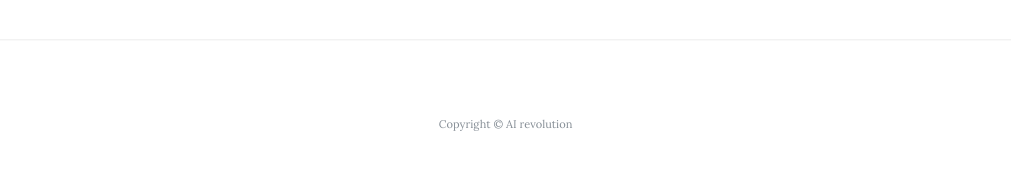
Repository: wahibkhannn/WriteWise-AI_blogging
Page: http://localhost/about
These files come from the project's save history. The page is drawn as it stood at one moment and after a run of saves; the edit follows.
The browser window is 1280 px wide. The pictures show the part of the page from y = 524 to 2008 px (the page is 757 px tall before and 2008 px after), at 79% of full size.
Some web fonts or font styles are not loaded; a fallback is used. The page is served by the project's application, run on Flask 3 (app.py).

Above is the page before, as saved 2025-07-01 14:26:40.

### templates/about.html
<!DOCTYPE html>
<html lang="en">

<head>

  <meta charset="utf-8">
  <meta name="viewport" content="width=device-width, initial-scale=1, shrink-to-fit=no">
  <meta name="description" content="">
  <meta name="author" content="">

  <title>Blog Speaks</title>

  <link href="{{ url_for('static', filename='bootstrap.min.css') }}" rel="stylesheet">
  <link href="{{ url_for('static', filename='font-awesome.min.css') }}" rel="stylesheet" type="text/css">
  <link href='https://fonts.googleapis.com/css?family=Lora:400,700,400italic,700italic' rel='stylesheet'
    type='text/css'>
  <link
    href='https://fonts.googleapis.com/css?family=Open+Sans:300italic,400italic,600italic,700italic,800italic,400,300,600,700,800'
    rel='stylesheet' type='text/css'>
  <link href="{{ url_for('static', filename='blog.min.css') }}" rel="stylesheet">

</head>

<body>

  <!-- Navigation -->
  <nav class="navbar navbar-expand-lg navbar-light fixed-top" id="mainNav">
    <div class="container">
      <a class="navbar-brand" href="{{ url_for('index') }}">Blog Speaks</a>
      <button class="navbar-toggler navbar-toggler-right" type="button" data-toggle="collapse"
        data-target="#navbarResponsive" aria-controls="navbarResponsive" aria-expanded="false"
        aria-label="Toggle navigation">
        Menu
        <i class="fa fa-bars"></i>
      </button>
      <div class="collapse navbar-collapse" id="navbarResponsive">
        <ul class="navbar-nav ml-auto">
          <li class="nav-item">
            <a class="nav-link" href="{{ url_for('index') }}">Home</a>
          </li>
          <li class="nav-item">
            <a class="nav-link" href="{{ url_for('about') }}">About Me</a>
          </li>
          <li class="nav-item">
            <a class="nav-link" href="{{ url_for('add') }}">Add</a>
          </li>
          <li class="nav-item">
            <a class="nav-link" href="{{ url_for('delete') }}">Delete</a>
          </li>
        </ul>
      </div>
    </div>
  </nav>

  <!-- Page Header -->
  <header class="masthead" style="background-image: url('{{ url_for('static', filename='about_me.jpg') }}')">
    <div class="container">
      <div class="row">
        <div class="col-lg-8 col-md-10 mx-auto">
          <div class="page-heading">
            <h1>AI revolution</h1>
            <span class="subheading">Revolutionizing WriteWise AI: The Future of Content Creation</span>
          </div>
        </div>
      </div>
    </div>
  </header>








  <!-- Main Content -->
  <!-- <div class="container">
    <div class="row">
      <div class="col-lg-8 col-md-10 mx-auto">
        <h2>Revolutionizing WriteWise AI: The Future of Content Creation</h2>
        <p>Welcome to WriteWise AI, where the future of blogging meets the power of Artificial Intelligence.</p>
        <br>
        <p>In a world overflowing with information, standing out as a creator has never been more challenging — or more exciting. Our platform was born from a simple idea: empower writers, thinkers, and storytellers to craft
        meaningful content with the support of cutting-edge AI.</p>
        <h2>🚀 The Rise of AI in Content Creation</h2>
        <p>Artificial Intelligence is transforming the way we create and consume content. From generating smart headlines to assisting in drafting, editing, and optimizing posts — AI is not replacing human creativity, it's enhancing it. We believe in leveraging AI as a co-creator, helping bloggers focus on storytelling while the technology takes care of structure, speed, and smart suggestions.Whether you're an experienced writer, a passionate learner, or just starting your blogging journey, our platform helps you create high-quality, impactful content — faster, easier, and smarter.</p>

      </div>
    </div>
  </div> -->

  <hr>

  <!-- Footer -->
  <footer>
    <div class="container">
      <div class="row">
        <div class="col-lg-8 col-md-10 mx-auto">
          <p class="copyright text-muted">Copyright &copy; AI revolution</p>
        </div>
      </div>
    </div>
  </footer>

  <script src="{{ url_for('static', filename='jquery.min.js') }}"></script>
  <script src="{{ url_for('static', filename='popper.min.js') }}"></script>
  <script src="{{ url_for('static', filename='bootstrap.min.js') }}"></script>
  <script src="{{ url_for('static', filename='blog.min.js') }}"></script>

</body>

</html>

### app.py
from flask import Flask, render_template, request, redirect, url_for
from flask_sqlalchemy import SQLAlchemy
from datetime import datetime

app = Flask(__name__)

app.config['SQLALCHEMY_DATABASE_URI'] = 'sqlite:///F:/STUDY/Projects/18BLC1131_DA1/blog_speaks/blog.db'

db = SQLAlchemy(app)

class Blogpost(db.Model):
    id = db.Column(db.Integer, primary_key=True)
    title = db.Column(db.String(50))
    subtitle = db.Column(db.String(50))
    author = db.Column(db.String(20))
    date_posted = db.Column(db.DateTime)
    content = db.Column(db.Text)

@app.route('/')
def index():
    posts = Blogpost.query.order_by(Blogpost.date_posted.desc()).all()
    return render_template('index.html', posts=posts)

@app.route('/about')
def about():
    return render_template('about.html')

@app.route('/post/<int:post_id>')
def post(post_id):
    post = Blogpost.query.filter_by(id=post_id).one()
    return render_template('post.html', post=post)

@app.route('/add')
def add():
    return render_template('add.html')

@app.route('/delete')
def delete():
    posts = Blogpost.query.order_by(Blogpost.date_posted.desc()).all()
    return render_template('delete.html', posts=posts)

@app.route('/addpost', methods=['POST'])
def addpost():
    title = request.form['title']
    subtitle = request.form['subtitle']
    author = request.form['author']
    content = request.form['content']

    post = Blogpost(title=title, subtitle=subtitle, author=author, content=content, date_posted=datetime.now())

    db.session.add(post)
    db.session.commit()

    return redirect(url_for('index'))

@app.route('/deletepost', methods=['DELETE','POST'])
def deletepost():
    post_id = request.form.get("post_id")

    post = Blogpost.query.filter_by(id=post_id).first()

    db.session.delete(post)
    db.session.commit()

    return redirect(url_for('index'))

if __name__ == '__main__':
    app.run(debug=True)

### static/blog.min.js
!function(i){"use strict";i("body").on("input propertychange",".floating-label-form-group",function(o){i(this).toggleClass("floating-label-form-group-with-value",!!i(o.target).val())}).on("focus",".floating-label-form-group",function(){i(this).addClass("floating-label-form-group-with-focus")}).on("blur",".floating-label-form-group",function(){i(this).removeClass("floating-label-form-group-with-focus")});if(i(window).width()>1170){var o=i("#mainNav").height();i(window).on("scroll",{previousTop:0},function(){var s=i(window).scrollTop();s<this.previousTop?s>0&&i("#mainNav").hasClass("is-fixed")?i("#mainNav").addClass("is-visible"):i("#mainNav").removeClass("is-visible is-fixed"):s>this.previousTop&&(i("#mainNav").removeClass("is-visible"),s>o&&!i("#mainNav").hasClass("is-fixed")&&i("#mainNav").addClass("is-fixed")),this.previousTop=s})}}(jQuery);

Loaded but not shown: static/bootstrap.min.css (library); static/font-awesome.min.css (library); static/blog.min.css (library); static/jquery.min.js (library); static/popper.min.js (library); static/bootstrap.min.js (library)

After the next 2 saves:
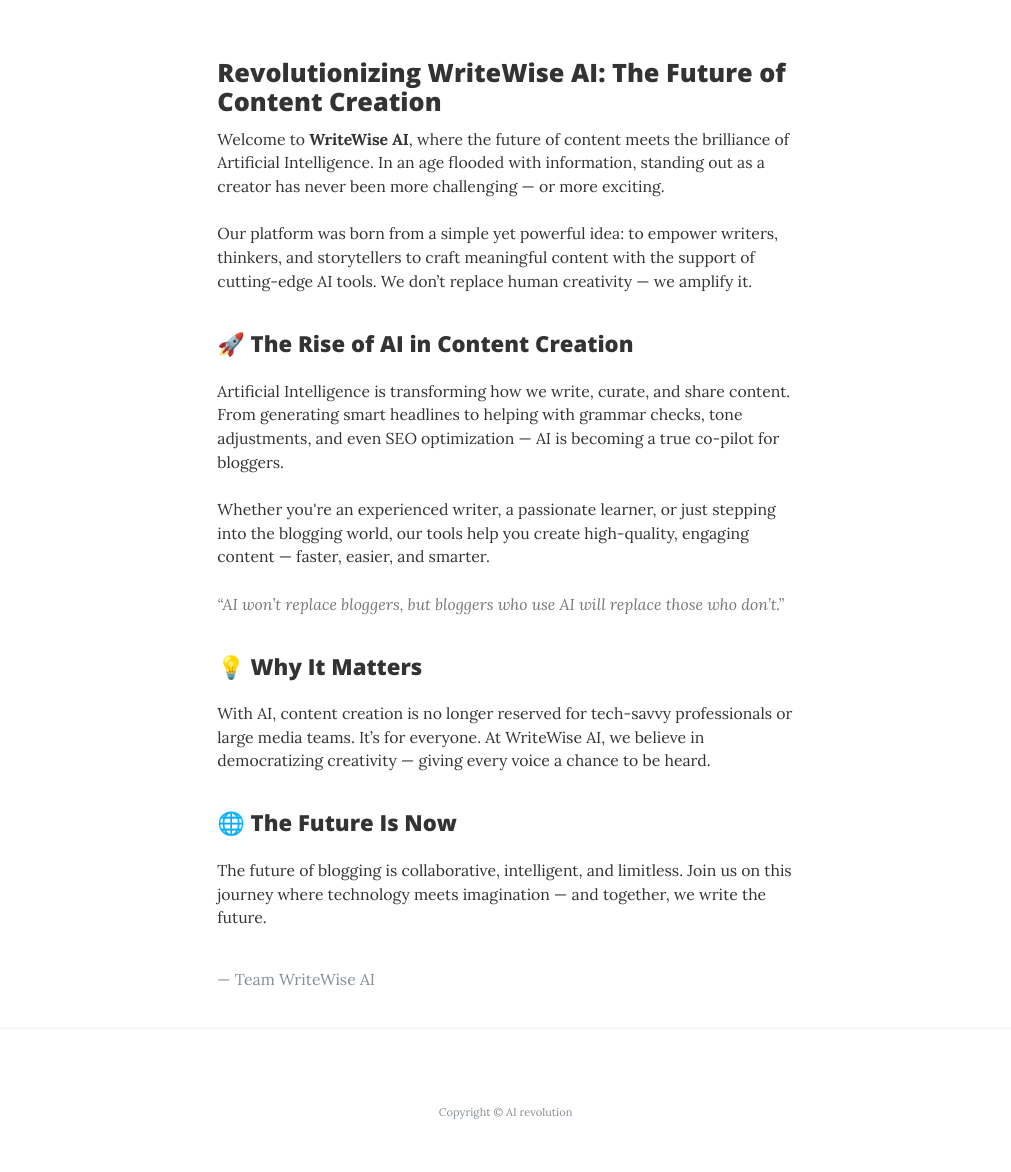
The 2 saves are shown as one change because they came seconds apart.
The last was saved 7 s later.
--- a/templates/about.html
+++ b/templates/about.html
@@ -66,6 +66,50 @@
     </div>
   </header>
 
+ <!-- Main Content -->
+<div class="container">
+  <div class="row">
+    <div class="col-lg-8 col-md-10 mx-auto">
+      <h2 class="mt-4">Revolutionizing WriteWise AI: The Future of Content Creation</h2>
+
+      <p class="mt-3">
+        Welcome to <strong>WriteWise AI</strong>, where the future of content meets the brilliance of Artificial Intelligence. In an age flooded with information, standing out as a creator has never been more challenging — or more exciting.
+      </p>
+
+      <p>
+        Our platform was born from a simple yet powerful idea: to empower writers, thinkers, and storytellers to craft meaningful content with the support of cutting-edge AI tools. We don’t replace human creativity — we amplify it.
+      </p>
+
+      <h3 class="mt-5">🚀 The Rise of AI in Content Creation</h3>
+
+      <p>
+        Artificial Intelligence is transforming how we write, curate, and share content. From generating smart headlines to helping with grammar checks, tone adjustments, and even SEO optimization — AI is becoming a true co-pilot for bloggers.
+      </p>
+
+      <p>
+        Whether you're an experienced writer, a passionate learner, or just stepping into the blogging world, our tools help you create high-quality, engaging content — faster, easier, and smarter.
+      </p>
+
+      <blockquote class="blockquote my-4">
+        <p class="mb-0">“AI won’t replace bloggers, but bloggers who use AI will replace those who don’t.”</p>
+      </blockquote>
+
+      <h3 class="mt-5">💡 Why It Matters</h3>
+
+      <p>
+        With AI, content creation is no longer reserved for tech-savvy professionals or large media teams. It’s for everyone. At WriteWise AI, we believe in democratizing creativity — giving every voice a chance to be heard.
+      </p>
+
+      <h3 class="mt-5">🌐 The Future Is Now</h3>
+
+      <p>
+        The future of blogging is collaborative, intelligent, and limitless. Join us on this journey where technology meets imagination — and together, we write the future.
+      </p>
+
+      <p class="text-muted mt-5">— Team WriteWise AI</p>
+    </div>
+  </div>
+</div>
 
 
 
